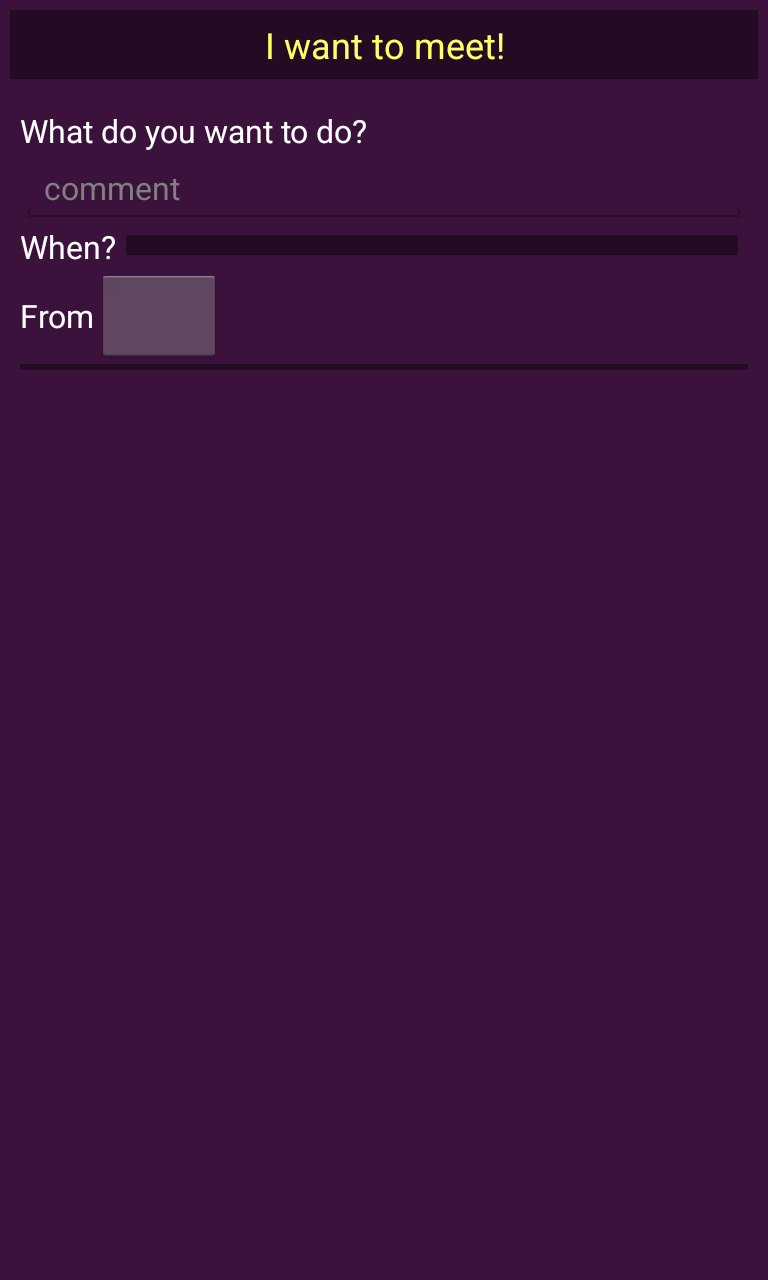
Repository: Valian/MeetMe
Layout: MeetMe/res/layout/activity_status_change.xml
These files come from the project's save history. The layout is drawn as it stood at one moment and after the next save; the edit follows.
It is drawn on a 768 x 1280 px phone screen (xhdpi) without system bars, with theme AppTheme; the app's code is not run.

Above is the layout before, as saved 2014-01-10 00:53:32.

After the next save:
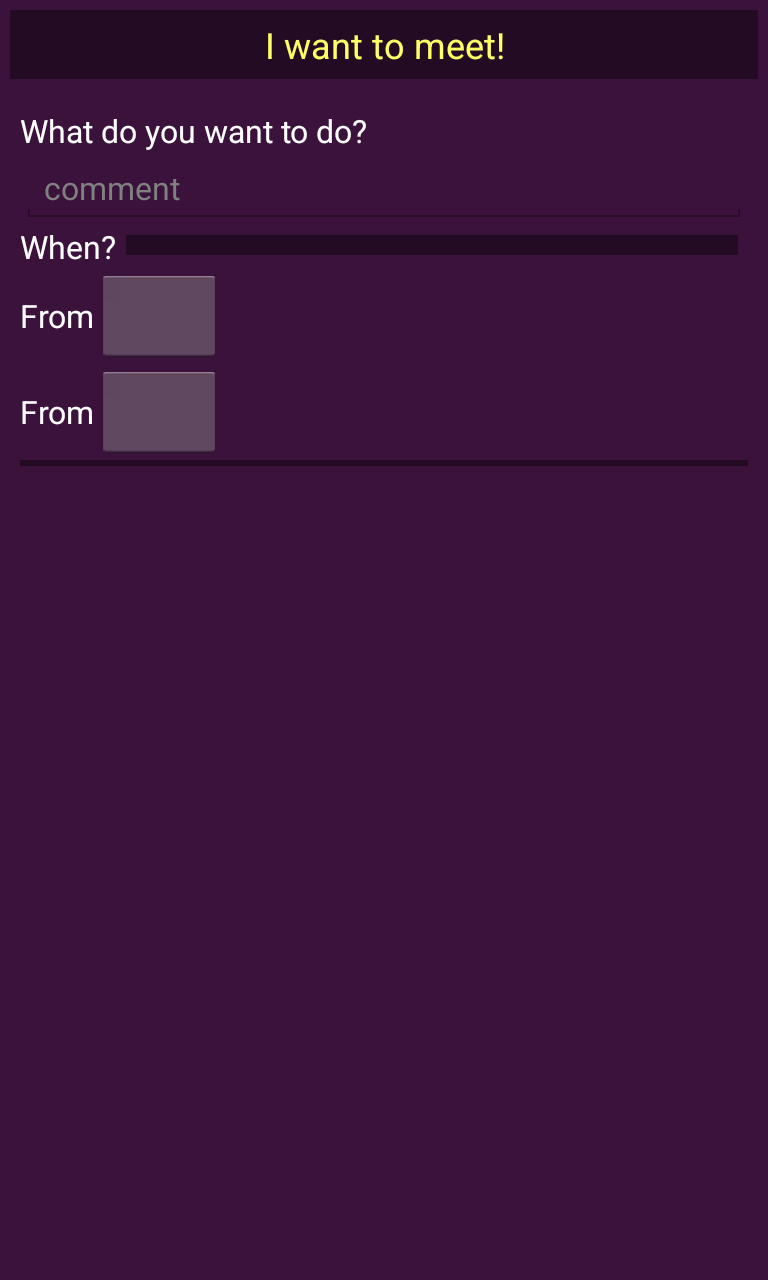
Saved 33 s later.
--- a/MeetMe/res/layout/activity_status_change.xml
+++ b/MeetMe/res/layout/activity_status_change.xml
@@ -56,6 +56,20 @@
 
 	  	</LinearLayout>
 
+	    <LinearLayout android:orientation="horizontal"
+	    android:layout_width="match_parent"
+	    android:layout_height="wrap_content">
+	        <TextView
+		    android:text="@string/from"
+			style="@style/InlineFormTextView" />
+
+	        <Button
+		    android:id="@+id/timeButton"
+		    android:layout_width="wrap_content"
+		    android:layout_height="wrap_content"  />
+
+	  	</LinearLayout>
+
 
 	   <!--  android:onClick="timeButtonClicked"  -->
 
